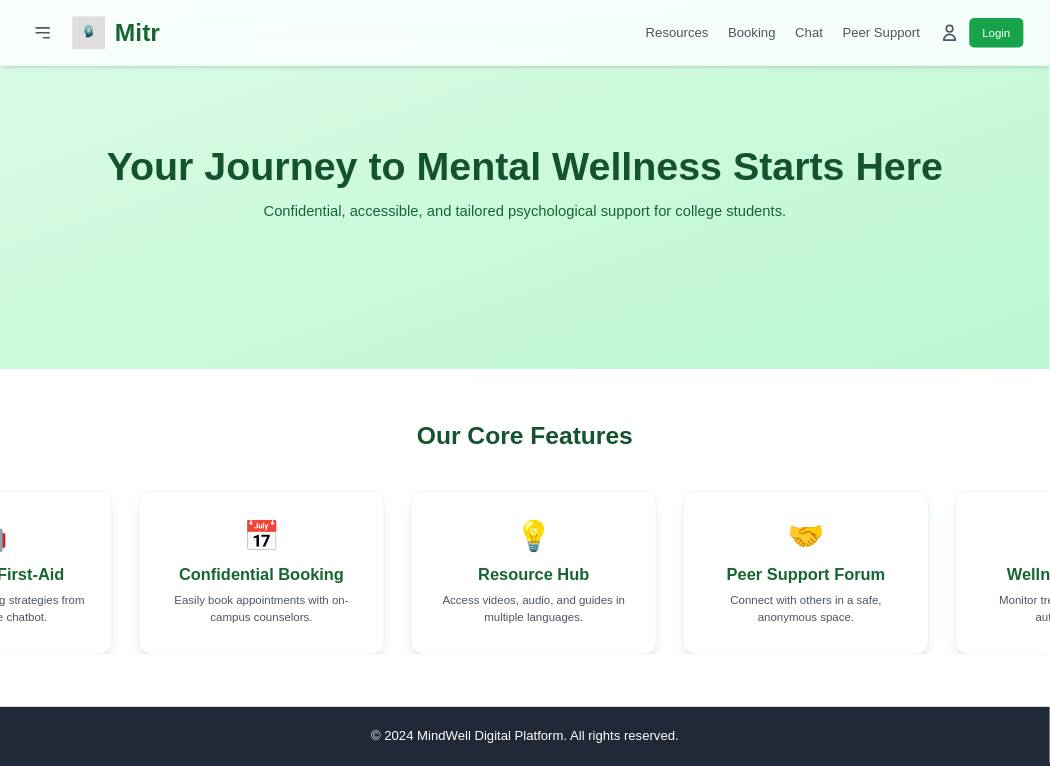
Repository: alokse24b01025/mentalhealth-project-sih-
Page: / (app in p1/)
These files come from the project's save history. The page is drawn as it stood at one moment and after the next save; the edit follows.
The browser window is 1280 px wide. The pictures show the whole page, at 82% of full size.
The project was rebuilt for these pictures with package versions that can differ from the ones it lists, and the page was loaded fresh each time. Also part of the build but not shown: p1/vite.config.js, p1/src/components/Chatbot.jsx, p1/src/pages/ChatPage.jsx, p1/src/data/mockResources.js, p1/src/pages/ResourcesPage.jsx, p1/src/data/mockCounselors.js, p1/src/pages/BookingPage.jsx, p1/src/components/PeerSupport.jsx and 3 more.

Above is the page before, as saved 2025-09-10 13:55:11.

### p1/index.html
<!doctype html>
<html lang="en">
  <head>
    <meta charset="UTF-8" />
    <link rel="icon" type="image/svg+xml" href="/logo.png" />
    <meta name="viewport" content="width=device-width, initial-scale=1.0" />
    <title>Mitr</title>
  </head>
  <body>
    <div id="root"></div>
    <script type="module" src="/src/main.jsx"></script>
  </body>
</html>

### p1/src/App.jsx
import React from 'react';
import { BrowserRouter as Router, Routes, Route } from 'react-router-dom';
import { AuthProvider } from './AuthContext'; // Import the provider

// Import your pages
import HomePage from './pages/HomePage';
import ChatPage from './pages/ChatPage';
import ResourcesPage from './pages/ResourcesPage';
import BookingPage from './pages/BookingPage';
import PeerSupportPage from './pages/PeerSupportPage';
import AdminDashboard from './pages/AdminDashboard';
import LoginPage from './pages/LoginPage'; // Import the new login page
import './index.css';

function App() {
  return (
    <AuthProvider> {/* Wrap everything in AuthProvider */}
      <Router>
        <Routes>
          <Route path="/" element={<HomePage />} />
          <Route path="/chat" element={<ChatPage />} />
          <Route path="/resources" element={<ResourcesPage />} />
          <Route path="/booking" element={<BookingPage />} />
          <Route path="/peer-support" element={<PeerSupportPage />} />
         <Route path="/admin" element={<AdminDashboard />} />
          <Route path="/login" element={<LoginPage />} /> {/* Add the login route */}
        </Routes>
      </Router>
    </AuthProvider>
  );
}

export default App;

### p1/src/index.css
@tailwind base;
@tailwind components;
@tailwind utilities;

body {
  font-family: Arial, sans-serif;
  -webkit-font-smoothing: antialiased;
  -moz-osx-font-smoothing: grayscale;
}

### p1/src/AuthContext.jsx
import React, { useContext, useState, useEffect } from 'react';
import { auth } from './firebase';
import {
  onAuthStateChanged,
  signOut,
  signInWithEmailAndPassword
} from "firebase/auth";

const AuthContext = React.createContext();

// This is the function that was likely missing the 'export' keyword
export function useAuth() {
  return useContext(AuthContext);
}

export function AuthProvider({ children }) {
  const [currentUser, setCurrentUser] = useState(null);
  const [loading, setLoading] = useState(true);

  function login(email, password) {
    return signInWithEmailAndPassword(auth, email, password);
  }

  function logout() {
    return signOut(auth);
  }

  useEffect(() => {
    const unsubscribe = onAuthStateChanged(auth, user => {
      setCurrentUser(user);
      setLoading(false);
    });

    return unsubscribe;
  }, []);

  const value = {
    currentUser,
    login,
    logout
  };

  return (
    <AuthContext.Provider value={value}>
      {!loading && children}
    </AuthContext.Provider>
  );
}

### p1/src/pages/HomePage.jsx
import React from 'react';
import { Link } from 'react-router-dom';
import Header from '../components/Header';
import Footer from '../components/Footer';

// Define an array of features to display in the scrolling marquee
const coreFeatures = [
  { to: "/chat", title: "AI-Guided First-Aid", description: "Get immediate coping strategies from our interactive chatbot.", icon: "🤖" },
  { to: "/booking", title: "Confidential Booking", description: "Easily book appointments with on-campus counselors.", icon: "📅" },
  { to: "/resources", title: "Resource Hub", description: "Access videos, audio, and guides in multiple languages.", icon: "💡" },
  { to: "/peer-support", title: "Peer Support Forum", description: "Connect with others in a safe, anonymous space.", icon: "🤝" },
  { to: "/admin", title: "Wellness Tracking", description: "Monitor trends and insights (for authorized staff).", icon: "📊" },
];

// This component defines the look of a single clickable card
const FeatureCard = ({ to, title, description, icon }) => (
  <Link to={to} className="flex-shrink-0 w-[300px] h-[200px] mx-4 p-6 flex flex-col items-center justify-center text-center bg-white border border-green-100 rounded-2xl shadow-lg hover:shadow-2xl hover:scale-105 transform transition-all duration-300">
    <div className="text-4xl mb-3">{icon}</div>
    <h4 className="font-bold text-xl text-green-800">{title}</h4>
    <p className="text-gray-600 text-sm mt-2">{description}</p>
  </Link>
);

const HomePage = () => {
  return (
    <>
      {/* This style block contains the CSS animation for the marquee effect */}
      <style>
        {`
          @keyframes scroll {
            from {
              transform: translateX(0);
            }
            to {
              transform: translateX(-100%);
            }
          }
          .scrolling-wrapper:hover .scrolling-content {
            animation-play-state: paused;
          }
        `}
      </style>

      <div className="min-h-screen flex flex-col bg-green-50">
        <Header />
        <main className="flex-1 overflow-y-auto">
          {/* Hero Section */}
          <section className="text-center h-[450px] flex items-center justify-center bg-gradient-to-br from-green-100 to-green-200">
            <div className="px-4">
              <h2 className="text-4xl md:text-5xl font-extrabold text-green-900">Your Journey to Mental Wellness Starts Here</h2>
              <p className="mt-4 text-lg text-green-800 max-w-2xl mx-auto">Confidential, accessible, and tailored psychological support for college students.</p>
            </div>
          </section>

          {/* Scrolling Features Section */}
          <section className="py-16 bg-white">
            <h3 className="text-3xl font-bold text-center text-green-900 mb-12">Our Core Features</h3>
            <div className="scrolling-wrapper w-full overflow-hidden relative">
              <div className="scrolling-content flex" style={{ animation: `scroll 40s linear infinite` }}>
                {/* The list of features is duplicated to create the seamless loop effect */}
                {[...coreFeatures, ...coreFeatures].map((feature, index) => (
                  <FeatureCard key={index} {...feature} />
                ))}
              </div>
            </div>
          </section>
        </main>
        <Footer />
      </div>
    </>
  );
};

export default HomePage;

### p1/src/firebase.js
import { initializeApp } from "firebase/app";
import { getAuth } from "firebase/auth";

// IMPORTANT: Replace this with the firebaseConfig object you copied from the Firebase console
const firebaseConfig = {
  apiKey: "YOUR_API_KEY",
  authDomain: "YOUR_AUTH_DOMAIN",
  projectId: "YOUR_PROJECT_ID",
  storageBucket: "YOUR_STORAGE_BUCKET",
  messagingSenderId: "YOUR_MESSAGING_SENDER_ID",
  appId: "YOUR_APP_ID"
};

// Initialize Firebase
const app = initializeApp(firebaseConfig);

// Export the auth instance to be used in other parts of the app
export const auth = getAuth(app);

### p1/src/components/Header.jsx
import React, { useState, useRef, useEffect } from 'react';
import { Link, NavLink } from 'react-router-dom';
import logo from '../assets/logo.png';
import { useAuth } from '../AuthContext';

const Header = () => {
  const { currentUser, logout } = useAuth();
  const [isLoggingOut, setIsLoggingOut] = useState(false);
  const [isMenuOpen, setIsMenuOpen] = useState(false);
  const menuRef = useRef(null);

  // Effect to close the menu when clicking outside of it
  useEffect(() => {
    function handleClickOutside(event) {
      if (menuRef.current && !menuRef.current.contains(event.target)) {
        setIsMenuOpen(false);
      }
    }
    document.addEventListener("mousedown", handleClickOutside);
    return () => {
      document.removeEventListener("mousedown", handleClickOutside);
    };
  }, [menuRef]);

  const handleLogout = async () => {
    setIsLoggingOut(true);
    try {
      await logout();
      setIsMenuOpen(false);
    } catch (error) {
      console.error("Failed to log out:", error);
    } finally {
      setIsLoggingOut(false);
    }
  };

  const profileIcon = (
    <svg xmlns="http://www.w3.org/2000/svg" className="h-6 w-6" fill="none" viewBox="0 0 24" stroke="currentColor" strokeWidth={2}>
      <path strokeLinecap="round" strokeLinejoin="round" d="M16 7a4 4 0 11-8 0 4 4 0 018 0zM12 14a7 7 0 00-7 7h14a7 7 0 00-7-7z" />
    </svg>
  );

  const desktopLinkClass = "text-gray-600 hover:text-green-600 transition-colors";

  return (
    <header className="bg-white/80 backdrop-blur-lg shadow-md fixed top-0 w-full z-50">
      <div className="max-w-7xl mx-auto px-4 sm:px-6 lg:px-8">
        <div className="flex justify-between items-center h-20">

          {/* Left Side: Hamburger Menu, Logo, and Brand Name */}
          <div className="flex items-center gap-x-4">
            {/* Hamburger Button and Dropdown Menu (for future options) */}
            <div className="relative" ref={menuRef}>
              <button onClick={() => setIsMenuOpen(!isMenuOpen)} className="p-2 rounded-md text-gray-600 hover:bg-gray-100 focus:outline-none">
                <svg xmlns="http://www.w3.org/2000/svg" className="h-6 w-6" fill="none" viewBox="0 0 24 24" stroke="currentColor">
                  <path strokeLinecap="round" strokeLinejoin="round" strokeWidth={2} d="M4 6h16M4 12h16m-7 6h7" />
                </svg>
              </button>

              {/* Dropdown Menu Panel - Placeholder for now */}
              {isMenuOpen && (
                <div className="absolute top-14 left-0 w-64 bg-white/95 backdrop-blur-lg border border-gray-200 rounded-lg shadow-xl py-4 px-4">
                  <p className="text-center text-gray-500">More options will be added here soon.</p>
                </div>
              )}
            </div>

            {/* Logo and Brand */}
            <Link to="/" className="flex items-center gap-x-3">
              <img src={logo} alt="MindWell Logo" className="h-10 w-auto" />
              <span className="text-3xl font-bold text-green-800 hidden sm:block">Mitr</span>
            </Link>
          </div>

          {/* Right side: Nav Links and Auth Buttons */}
          <div className="flex items-center">
            {/* Desktop Navigation Links - hidden on small screens */}
            <nav className="hidden md:flex items-center space-x-6 mr-6">
              <NavLink to="/resources" className={desktopLinkClass}>Resources</NavLink>
              <NavLink to="/booking" className={desktopLinkClass}>Booking</NavLink>
              <NavLink to="/chat" className={desktopLinkClass}>Chat</NavLink>
              <NavLink to="/peer-support" className={desktopLinkClass}>Peer Support</NavLink>
            </nav>

            {/* Auth Buttons */}
            <div className="flex items-center space-x-3">
              {currentUser ? (
                <div className="flex items-center space-x-3">
                  <span className="text-gray-600">{profileIcon}</span>
                  <button onClick={handleLogout} disabled={isLoggingOut} className={`text-white px-4 py-2 text-sm rounded-md transition-colors ${isLoggingOut ? 'bg-red-300 cursor-not-allowed' : 'bg-red-500 hover:bg-red-600'}`}>
                    {isLoggingOut ? '...' : 'Logout'}
                  </button>
                </div>
              ) : (
                <div className="flex items-center space-x-3">
                  <Link to="/login" className="text-gray-600 hover:text-green-600">{profileIcon}</Link>
                  <Link to="/login" className="bg-green-600 text-white px-4 py-2 text-sm rounded-md hover:bg-green-700 transition-colors">Login</Link>
                </div>
              )}
            </div>
          </div>
        </div>
      </div>
    </header>
  );
};

export default Header;

### p1/src/components/Footer.jsx
import React from 'react';

const Footer = () => {
  return (
    <footer className="bg-gray-800 text-white p-6 text-center">
      <p>&copy; 2024 MindWell Digital Platform. All rights reserved.</p>
    </footer>
  );
};
export default Footer;

Loaded but not shown: p1/src/main.jsx (common file); p1/tailwind.config.js (common file)

After the next save:
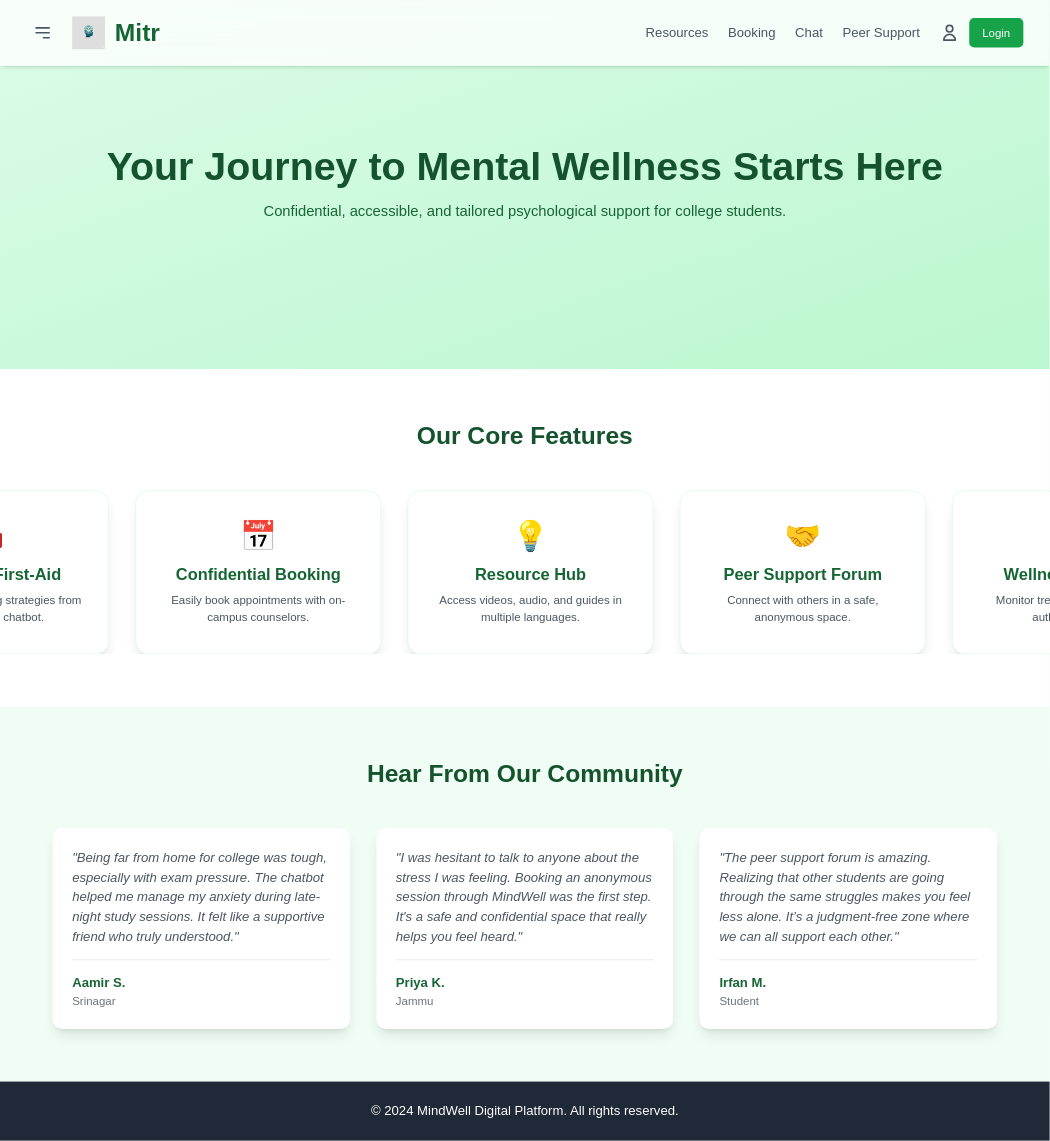
Saved 5 min 38 s later.
--- a/p1/src/pages/HomePage.jsx
+++ b/p1/src/pages/HomePage.jsx
@@ -20,6 +20,24 @@ const FeatureCard = ({ to, title, description, icon }) => (
     <p className="text-gray-600 text-sm mt-2">{description}</p>
   </Link>
 );
+
+// --- NEW: Testimonial Data and Component ---
+const testimonials = [
+  { name: "Aamir S.", location: "Srinagar", quote: "Being far from home for college was tough, especially with exam pressure. The chatbot helped me manage my anxiety during late-night study sessions. It felt like a supportive friend who truly understood." },
+  { name: "Priya K.", location: "Jammu", quote: "I was hesitant to talk to anyone about the stress I was feeling. Booking an anonymous session through MindWell was the first step. It's a safe and confidential space that really helps you feel heard." },
+  { name: "Irfan M.", location: "Student", quote: "The peer support forum is amazing. Realizing that other students are going through the same struggles makes you feel less alone. It’s a judgment-free zone where we can all support each other." },
+];
+
+const TestimonialCard = ({ name, location, quote }) => (
+    <div className="bg-white p-6 rounded-xl shadow-lg flex flex-col">
+        <p className="text-gray-600 italic flex-grow">"{quote}"</p>
+        <div className="mt-4 pt-4 border-t border-gray-200">
+            <p className="font-bold text-green-800">{name}</p>
+            <p className="text-sm text-gray-500">{location}</p>
+        </div>
+    </div>
+);
+
 
 const HomePage = () => {
   return (
@@ -57,13 +75,23 @@ const HomePage = () => {
             <h3 className="text-3xl font-bold text-center text-green-900 mb-12">Our Core Features</h3>
             <div className="scrolling-wrapper w-full overflow-hidden relative">
               <div className="scrolling-content flex" style={{ animation: `scroll 40s linear infinite` }}>
-                {/* The list of features is duplicated to create the seamless loop effect */}
                 {[...coreFeatures, ...coreFeatures].map((feature, index) => (
                   <FeatureCard key={index} {...feature} />
                 ))}
               </div>
             </div>
           </section>
+
+          {/* --- NEW: Testimonials Section --- */}
+          <section className="py-16 px-4 bg-green-50">
+            <h3 className="text-3xl font-bold text-center text-green-900 mb-12">Hear From Our Community</h3>
+            <div className="grid md:grid-cols-3 gap-8 max-w-6xl mx-auto">
+                {testimonials.map((testimonial, index) => (
+                    <TestimonialCard key={index} {...testimonial} />
+                ))}
+            </div>
+          </section>
+
         </main>
         <Footer />
       </div>
